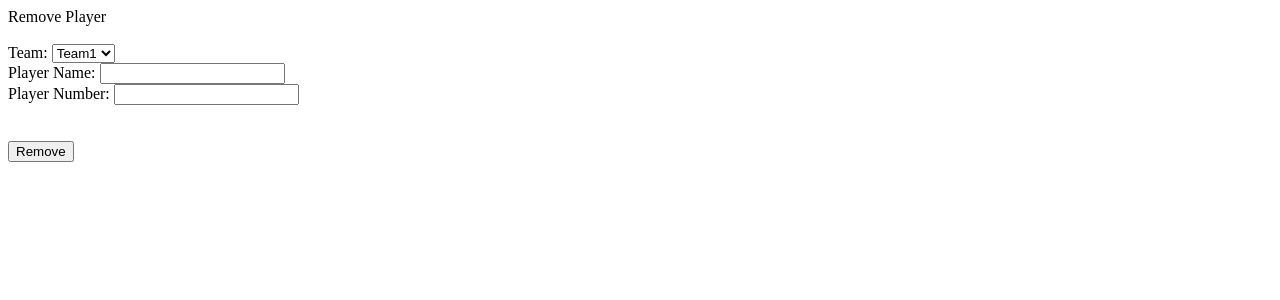
Repository: FredGlozman/SwiftScore
Page: SwiftScore/RemovePlayer.html
These files come from the project's save history. The page is drawn as it stood at one moment and after the next save; the edit follows.
The browser window is 1280 px wide. The pictures show the whole page.

Above is the page before, as saved 2015-12-03 12:42:45.

### SwiftScore/RemovePlayer.html
<html>
<head>
	<title>SwiftScore</title>
</head>

<form action="RemovePlayer.php" method="post">
Remove Player
<br><br>
Team: <!-- implement get teams -->
<select>
	<option name = team value="team1">Team1</option>
	<option name = team value="team2">Team2</option>
</select>
<br>
Player Name: <input type="text" name="PlayerName">
<br>
Player Number: <input type="text" name="PlayerNumber">
<br>
<br><br>
<input type= "submit" name= "remove" value= "Remove">
</form>

</body>
</html>

After the next save:
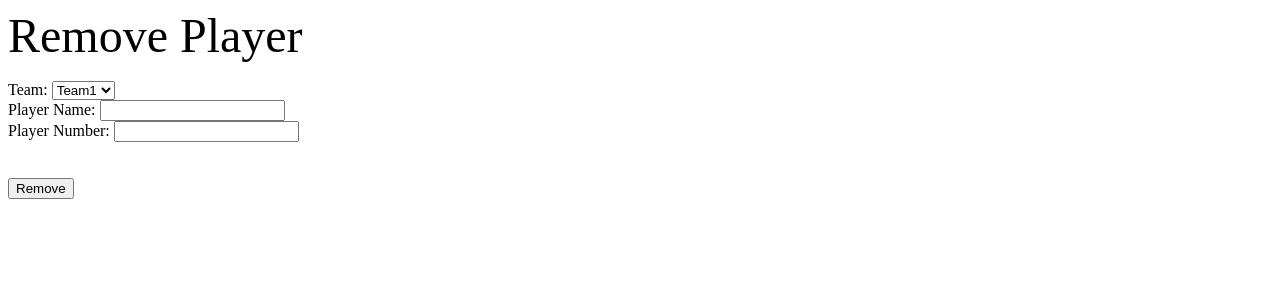
Saved 41 s later.
--- a/SwiftScore/RemovePlayer.html
+++ b/SwiftScore/RemovePlayer.html
@@ -4,7 +4,7 @@
 </head>
 
 <form action="RemovePlayer.php" method="post">
-Remove Player
+<font color: "white" size = 30x >Remove Player</font>
 <br><br>
 Team: <!-- implement get teams -->
 <select>
